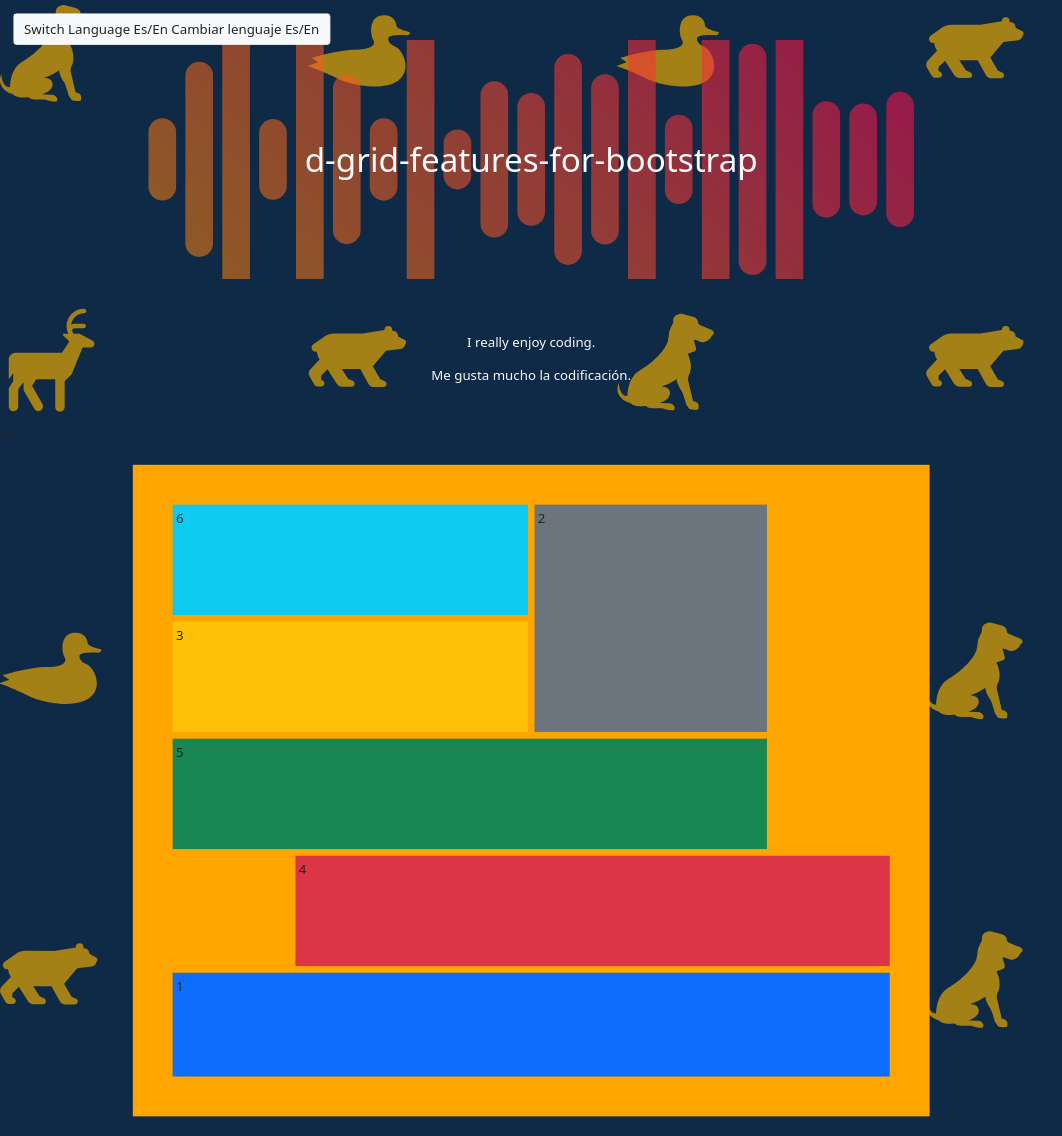
Repository: LynxPardelle/d-grid-features-for-bootstrap
Page: index.html
An editor plug-in stored every save of this project. The page is shown before and after the next save, followed by the edit.
The browser window is 1280 px wide. The pictures show the whole page, at 83% of full size.

Above is the page before, as saved 2021-10-20 23:57:56.
Console error: TypeError: document.documentElement.outerHTML.getAtribute is not a function

### index.html
<!DOCTYPE html>
<html lang="es">
  <head>
    <meta charset="UTF-8" />
    <meta http-equiv="X-UA-Compatible" content="IE=edge" />
    <meta name="viewport" content="width=device-width, initial-scale=1.0" />
    <meta name="author" content="Lynx Pardelle" />
    <title>d-grid-features-for-bootstrap</title>
    <link
      href="https://cdn.jsdelivr.net/npm/bootstrap@5.1.3/dist/css/bootstrap.min.css"
      rel="stylesheet"
      integrity="sha384-1BmE4kWBq78iYhFldvKuhfTAU6auU8tT94WrHftjDbrCEXSU1oBoqyl2QvZ6jIW3"
      crossorigin="anonymous"
    />
    <style>
      body {
        background-image: url("data:[embedded picture, 9376 characters]");
        background-size: cover;
        background-repeat: repeat;
        background-position: left top;
      }

      h1 {
        background-image: url("data:[embedded picture, 2297 characters]");
        background-size: cover;
        background-repeat: no-repeat;
        background-position: center center;
        padding: 7.5rem;
      }
    </style>
  </head>
  <body>
    <!-- Change Languaje -->
    <button id="switch-lang" onclick="SwitchLang()" class="d-block btn btn-light text-dark position-fixed top-0 start-0 mt-3 ms-3 ">
      <span lang="en">
        Switch Language Es/En
      </span>
      <span lang="es">
        Cambiar lenguaje Es/En
      </span>
    </button>

    <h1 class="text-center text-light my-5">d-grid-features-for-bootstrap</h1>

    <div class="text-center text-light p-3 m-3">
      <p lang="en">I really enjoy coding.</p>
      <p lang="es">Me gusta mucho la codificación.</p>
    </div>p>
    </div>

    <!-- <section class="d-grid bg-dark" data-gfbs data-gfbs-gtc="repeat(4, 1fr)" data-gfbs-gtr="repeat(2, 50px)" > -->
    <!-- <section class="d-grid bg-dark" data-gfbs data-gfbs-gta='"f f b c c a"" f f d e e a"'> -->
    <section
      class="d-grid w-75 mx-auto my-4"
      data-gfbs
      data-gfbs-custom="background-color: black; padding: 1rem;"
      data-gfbs-custom-sm="background-color: pink; padding: 2rem;"
      data-gfbs-custom-md="background-color: orange; padding: 3rem;"
      data-gfbs-gt='
      [row1-start] "a a b ." 12.5px [row1-end]
      [row2-start] "a a b ." 12.5px [row2-end]
      [row3-start] "c c b d" 12.5px [row3-end]
      [row4-start] "c c b d" 12.5px [row4-end]
      [row5-start] "e e e d" 12.5px [row5-end]
      [row6-start] "e e e d" 12.5px [row6-end]
      [row7-start] ". f f f" 12.5px [row7-end]
      [row8-start] ". f f f" 12.5px [row8-end]
      [row9-start] "g g g g" 25px [row9-end]
      / 2fr 1fr 1fr 3fr'
      data-gfbs-gt-sm='
      [row1-start] "a b b ." 25px [row1-end]
      [row2-start] "a b b ." 25px [row2-end]
      [row3-start] "c c c ." 25px [row3-end]
      [row4-start] "c c c ." 25px [row4-end]
      [row5-start] "e e d d" 25px [row5-end]
      [row6-start] "e e d d" 25px [row6-end]
      [row7-start] ". f f ." 25px [row7-end]
      [row8-start] ". f f ." 25px [row8-end]
      [row9-start] "g g g g" 50px [row9-end]
      / 1fr 2fr 2fr 1fr'
      data-gfbs-gt-md='
      [row1-start] "a a a b" 37.5px [row1-end]
      [row2-start] "a a a b" 37.5px [row2-end]
      [row3-start] "c c d d" 37.5px [row3-end]
      [row4-start] "c c d d" 37.5px [row4-end]
      [row5-start] "e e d d" 37.5px [row5-end]
      [row6-start] "e e d d" 37.5px [row6-end]
      [row7-start] "f f f f" 37.5px [row7-end]
      [row8-start] "g g g g" 37.5px [row8-end]
      [row9-start] "g g g g" 75px [row9-end]
      / 1fr 2fr 2fr 1fr'
      data-gfbs-gt-lg='
      [row1-start] "a a b ." 50px [row1-end]
      [row2-start] "a a b ." 50px [row2-end]
      [row3-start] "c c b d" 50px [row3-end]
      [row4-start] "c c b d" 50px [row4-end]
      [row5-start] "e e e d" 50px [row5-end]
      [row6-start] "e e e d" 50px [row6-end]
      [row7-start] ". f f f" 50px [row7-end]
      [row8-start] ". f f f" 50px [row8-end]
      [row9-start] "g g g g" 100px [row9-end]
      / 1fr 2fr 2fr 1fr'
      data-gfbs-gt-xl='
      [row1-start] "a a b ." 62.5px [row1-end]
      [row2-start] "a a b ." 62.5px [row2-end]
      [row3-start] "c c b d" 62.5px [row3-end]
      [row4-start] "c c b d" 62.5px [row4-end]
      [row5-start] "e e e d" 62.5px [row5-end]
      [row6-start] "e e e d" 62.5px [row6-end]
      [row7-start] ". f f f" 62.5px [row7-end]
      [row8-start] ". f f f" 62.5px [row8-end]
      [row9-start] "g g g g" 125px [row9-end]
      / 1fr 2fr 2fr 1fr'
      data-gfbs-gt-xxl='
      [row1-start] "a a b ." 87.5px [row1-end]
      [row2-start] "a a b ." 87.5px [row2-end]
      [row3-start] "c c b d" 87.5px [row3-end]
      [row4-start] "c c b d" 87.5px [row4-end]
      [row5-start] "e e e d" 87.5px [row5-end]
      [row6-start] "e e e d" 87.5px [row6-end]
      [row7-start] ". f f f" 87.5px [row7-end]
      [row8-start] ". f f f" 87.5px [row8-end]
      [row9-start] "g g g g" 150px [row9-end]
      / 1fr 2fr 2fr 1fr'
      data-gfbs-gap="0.5rem"
    >
      <!-- data-gfbs-cg="1rem"
      data-gfbs-rg="1rem" -->
      <div
        data-gfbs
        data-gfbs-iga="a"
        data-gfbs-iga-sm="g"
        class="bg-primary p-1"
      >
        1
      </div>

      <div data-gfbs data-gfbs-iga="b" class="bg-secondary p-1">2</div>
      <div data-gfbs data-gfbs-iga="c" class="bg-warning p-1">3</div>
      <div
        data-gfbs
        data-gfbs-iga="d"
        data-gfbs-iga-lg="f"
        class="bg-danger p-1"
      >
        4
      </div>
      <div data-gfbs data-gfbs-iga="e" class="bg-success p-1">5</div>
      <div data-gfbs data-gfbs-iga="f" data-gfbs-iga-md="a" class="bg-info p-1">
        6
      </div>
    </section>

    <script
      src="https://cdn.jsdelivr.net/npm/bootstrap@5.1.3/dist/js/bootstrap.bundle.min.js"
      integrity="sha384-ka7Sk0Gln4gmtz2MlQnikT1wXgYsOg+OMhuP+IlRH9sENBO0LRn5q+8nbTov4+1p"
      crossorigin="anonymous"
    ></script>
    <script src="./d-grid.js"></script>
    <script src="./langChanger.js"></script>
  </body>
</html>

### d-grid.js
"use strict";

function gridCreate(){
  let wWidth = window.innerWidth;
  let gridElements = document.querySelectorAll("[data-gfbs]");

  function checkIfHasBP(gridElement, atr) {
    let hasIt = false;
    for (let attribute of gridElement.attributes) {
      let at = attribute.localName;
      if (at.includes(atr)) {
        switch (true) {
          case at.includes("-sm") && wWidth >= 576 && wWidth < 768:
            hasIt = true;
            break;
          case at.includes("-md") && wWidth >= 768 && wWidth < 992:
            hasIt = true;
            break;
          case at.includes("-lg") && wWidth >= 992 && wWidth < 1200:
            hasIt = true;
            break;
          case at.includes("-xl") && wWidth >= 1200 && wWidth < 1400:
            hasIt = true;
            break;
          case at.includes("-xxl") && wWidth >= 1400:
            hasIt = true;
            break;
        }
      }
    }

    return hasIt;
  }

  for (let gridElement of gridElements) {
    for (let attribute of gridElement.attributes) {
      let at = attribute.localName;
      let attValue = attribute.value;

      if (
        at.includes("gfbs-") &&
        ((!at.includes("-sm") &&
          !at.includes("-md") &&
          !at.includes("-lg") &&
          !at.includes("-xl") &&
          !at.includes("-xxl") &&
          !checkIfHasBP(gridElement, at)) ||
          (at.includes("-sm") &&
            wWidth >= 576 &&
            (!at.includes("-md") || (at.includes("-md") && wWidth < 768)) &&
            (!at.includes("-lg") || (at.includes("-lg") && wWidth < 992)) &&
            (!at.includes("-xl") || (at.includes("-xl") && wWidth < 1200)) &&
            (!at.includes("-xll") || (at.includes("-xxl") && wWidth < 1400))) ||
          (at.includes("-md") &&
            wWidth >= 768 &&
            (!at.includes("-lg") || (at.includes("-lg") && wWidth < 992)) &&
            (!at.includes("-xl") || (at.includes("-xl") && wWidth < 1200)) &&
            (!at.includes("-xll") || (at.includes("-xxl") && wWidth < 1400))) ||
          (at.includes("-lg") &&
            wWidth >= 992 &&
            (!at.includes("-xl") || (at.includes("-xl") && wWidth < 1200)) &&
            (!at.includes("-xll") || (at.includes("-xxl") && wWidth < 1400))) ||
          (at.includes("-xl") &&
            wWidth >= 1200 &&
            (!at.includes("-xll") || (at.includes("-xxl") && wWidth < 1400))) ||
          (at.includes("-xxl") && wWidth >= 1400))
      ) {
        switch (true) {
          /* Container */
          case at.includes("custom"):
            gridElement.style.cssText += attValue;
            break;
          case at.includes("gtc"):
            gridElement.style.gridTemplateColumns = attValue;
            break;
          case at.includes("gtr"):
            gridElement.style.gridTemplateRows = attValue;
            break;
          case at.includes("gta"):
            gridElement.style.gridTemplateAreas = attValue;
            break;
          case at.includes("gt"):
            gridElement.style.gridTemplate = attValue;
            break;
          case at.includes("cg"):
            gridElement.style.columnGap = attValue;
            break;
          case at.includes("rg"):
            gridElement.style.rowGap = attValue;
            break;
          case at.includes("gap"):
            gridElement.style.gap = attValue;
            break;
          case at.includes("ji"):
            gridElement.style.justifyItems = attValue;
            break;
          case at.includes("ai"):
            gridElement.style.alignItems = attValue;
            break;
          case at.includes("pi"):
            gridElement.style.placeItems = attValue;
            break;
          case at.includes("jc"):
            gridElement.style.justifyContent = attValue;
            break;
          case at.includes("ac"):
            gridElement.style.alignContent = attValue;
            break;
          case at.includes("pc"):
            gridElement.style.placeContent = attValue;
            break;
          case at.includes("gac"):
            gridElement.style.gridAutoColumns = attValue;
            break;
          case at.includes("gar"):
            gridElement.style.gridAutoRows = attValue;
            break;
          case at.includes("gaf"):
            gridElement.style.gridAutoFlow = attValue;
            break;
          case at.includes("grid"):
            gridElement.style.grid = attValue;
            break;

          /* Item */
          case at.includes("gcs"):
            gridElement.style.gridColumnStart = attValue;
            break;
          case at.includes("gce"):
            gridElement.style.gridColumnEnd = attValue;
            break;
          case at.includes("gc"):
            gridElement.style.gridColumn = attValue;
            break;
          case at.includes("grs"):
            gridElement.style.gridRowStart = attValue;
            break;
          case at.includes("gre"):
            gridElement.style.gridRowEnd = attValue;
            break;
          case at.includes("gr"):
            gridElement.style.gridRow = attValue;
            break;
          case at.includes("iga"):
            gridElement.style.gridArea = attValue;
            break;
          case at.includes("js"):
            gridElement.style.justifySelf = attValue;
            break;
          case at.includes("as"):
            gridElement.style.alignSelf = attValue;
            break;
          case at.includes("ps"):
            gridElement.style.placeSelf = attValue;
            break;
        }
      }
    }
  }
}

window.onload = gridCreate();
window.addEventListener("resize", gridCreate);

### langChanger.js
let langEs = false;
let langEn = true;

let elementsEs = document.querySelectorAll('[lang="es"]');
let elementsEn = document.querySelectorAll('[lang="en"]');

console.log(document.documentElement.outerHTML.getAtribute('lang'));

for (let element of elementsEn) {
  element.classList.add("d-none");
}

// document.getElementById("switch-lang").addEventListener("click", SwitchLang());
function SwitchLang() {
  langEs = !langEs;
  langEn = !langEn;

  console.log(langEs);
  console.log(langEn);
  switch (true) {
    case langEs === true:
      for (let element of elementsEn) {
        if (!hasClass(element, "d-none")) {
          element.classList.add("d-none");
        }
      }
      for (let element of elementsEs) {
        if (hasClass(element, "d-none")) {
          element.classList.remove("d-none");
        }
      }
      break;
    case langEn === true:
      for (let element of elementsEs) {
        if (!hasClass(element, "d-none")) {
          element.classList.add("d-none");
        }
      }
      for (let element of elementsEn) {
        if (hasClass(element, "d-none")) {
          element.classList.remove("d-none");
        }
      }
      break;
  }
}

function hasClass(element, className) {
  return (" " + element.className + " ").indexOf(" " + className + " ") > -1;
}

After the next save:
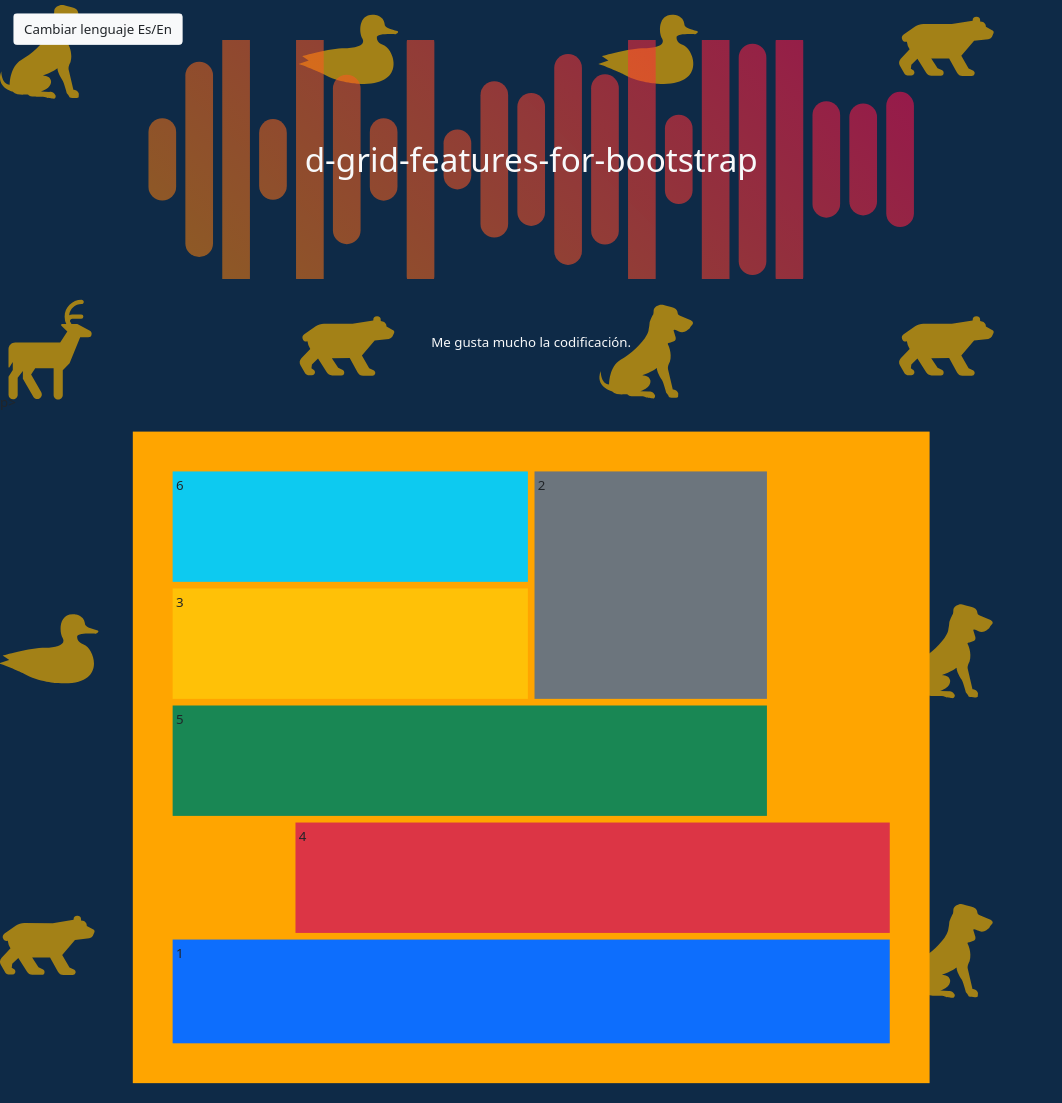
The error is gone.
Saved 17 s later.
--- a/langChanger.js
+++ b/langChanger.js
@@ -4,7 +4,7 @@ let langEn = true;
 let elementsEs = document.querySelectorAll('[lang="es"]');
 let elementsEn = document.querySelectorAll('[lang="en"]');
 
-console.log(document.documentElement.outerHTML.getAtribute('lang'));
+console.log(document.documentElement.outerHTML);
 
 for (let element of elementsEn) {
   element.classList.add("d-none");
